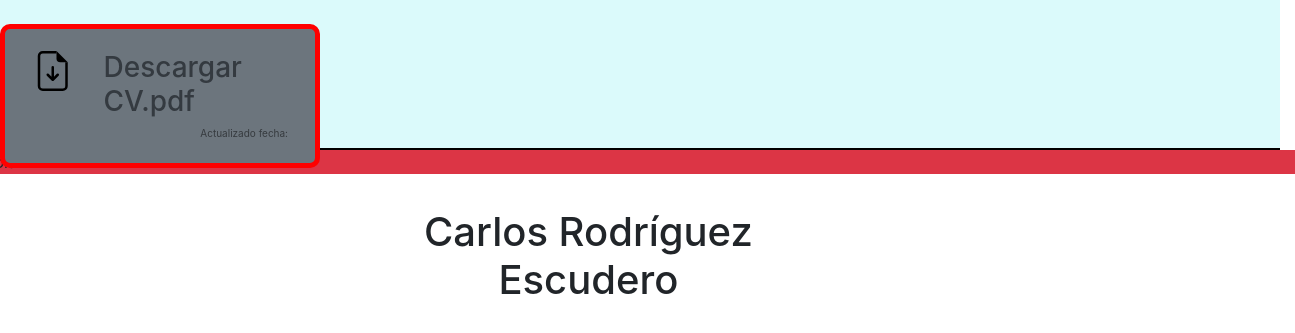
Repository: CarlosRoEs/CarlosWebCV
Page: index.html
The author's editor kept a copy of each file at every save. The page is drawn from the files as they stood at one save, then again after a run of saves.
The browser window is 1280 px wide. The page is 1295 px wide, so the pictures cover 1295 px, including what lies to the right of the window. The pictures show the whole page.
The style sheet was rebuilt from its Sass, Less or Tailwind sources for each picture, by a compiler version that may differ from the author's.

Above is the page before, as saved 2020-09-15 16:01:51.
Console error: ReferenceError: $ is not defined

After the next 3 saves:
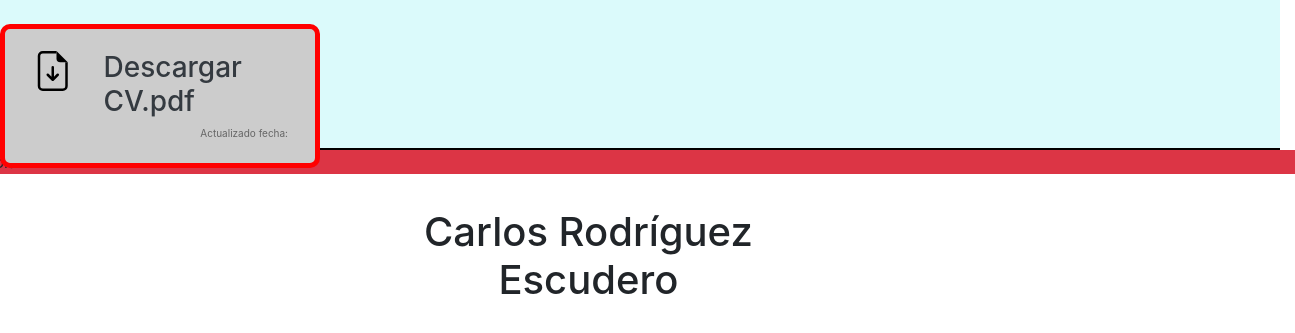
The 3 saves are shown as one change because 1 did not build or start and some came seconds apart.
The last was saved 24 s later.
--- a/Sass/header.scss
+++ b/Sass/header.scss
@@ -16,6 +16,7 @@
 }
 
 #header-button {
+    background-color: #ccc;
     border: 5px solid red;
     border-radius: 10px;
     font-size: 10px;
